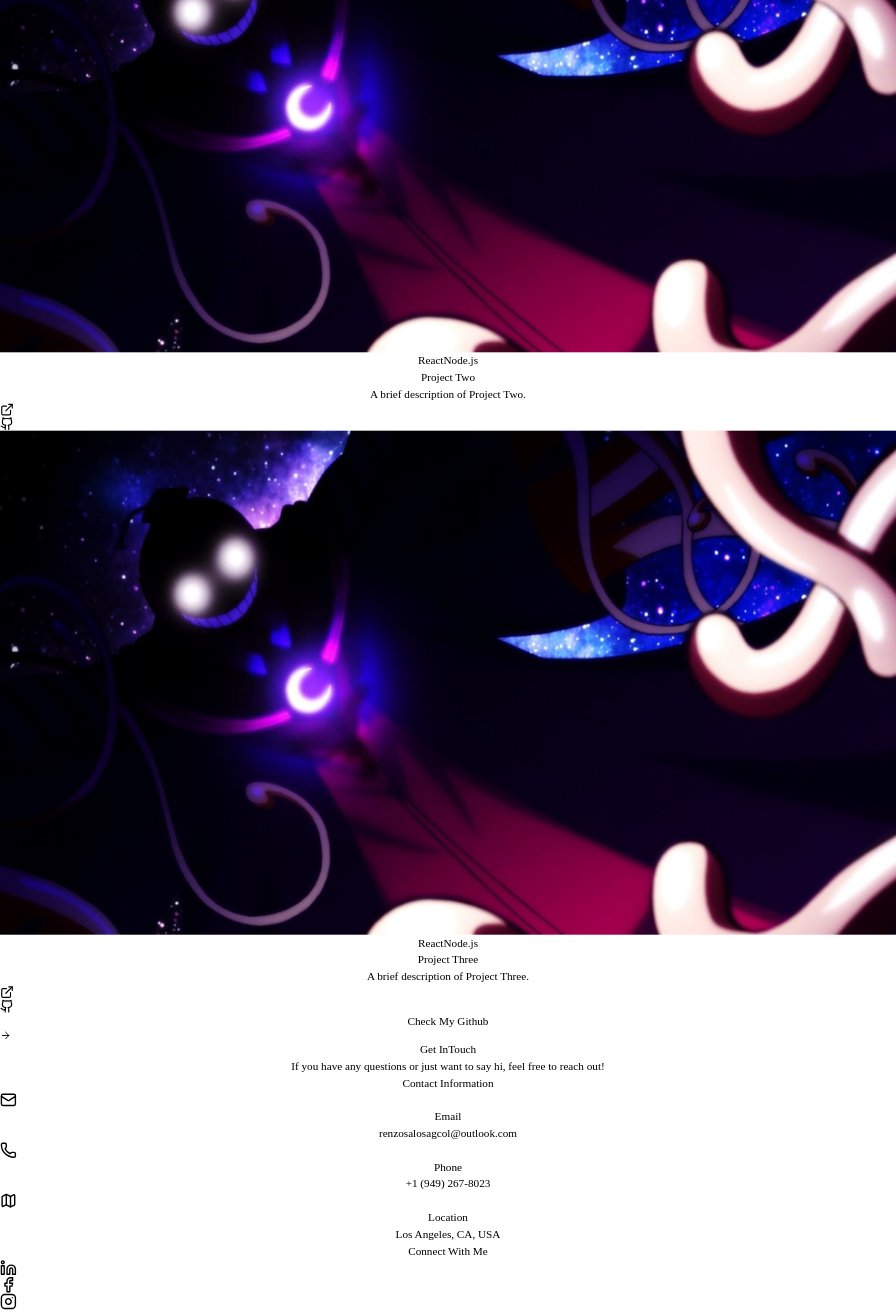
Repository: Renzo-Salosagcol/PERSONAL-PORTFOLIO
Page: /
These files come from the project's save history. The page is drawn as it stood at one moment and after the next save; the edit follows.
The browser window is 1280 px wide. The pictures show the part of the page from y = 2545 to 4465 px (the page is 4417 px tall before and 4465 px after), at 70% of full size.
The project was rebuilt for these pictures with package versions that can differ from the ones it lists, and the page was loaded fresh each time. Also part of the build but not shown: vite.config.js, src/pages/notFound.jsx.

Above is the page before, as saved 2025-10-06 21:16:44.

After the next save:
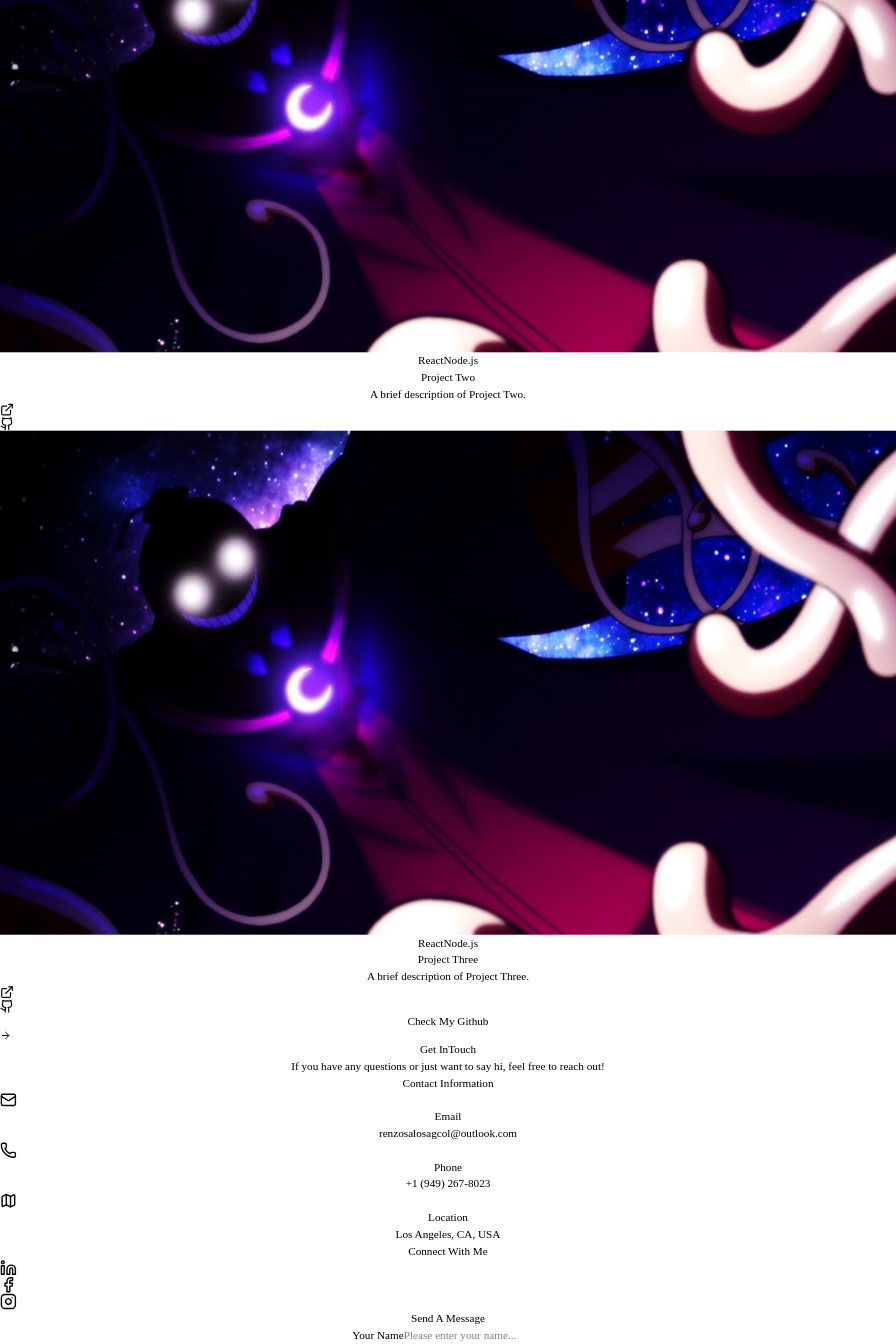
Saved 3 min 31 s later.
--- a/src/components/ContactSection.jsx
+++ b/src/components/ContactSection.jsx
@@ -67,6 +67,22 @@
               </div>
             </div>
           </div>
+          <div className="bg-card p-8 rounded-lg shadow-xs">
+            <h3 className="text-2xl font-semibold mb-6">Send A Message</h3>
+            <form className="space-y-6">
+              <div>
+                <label htmlFor="name">Your Name</label>
+                <input
+                  type="text"
+                  id="name"
+                  name="name"
+                  required
+                  className="w-full px-4 py-3 rounded-md border border-input bg-background focus:outline-hidden focus:ring-2 focus:ring-primary"
+                  placeholder="Please enter your name..."
+                />
+              </div>
+            </form>
+          </div>
         </div>
       </div>
     </section>
